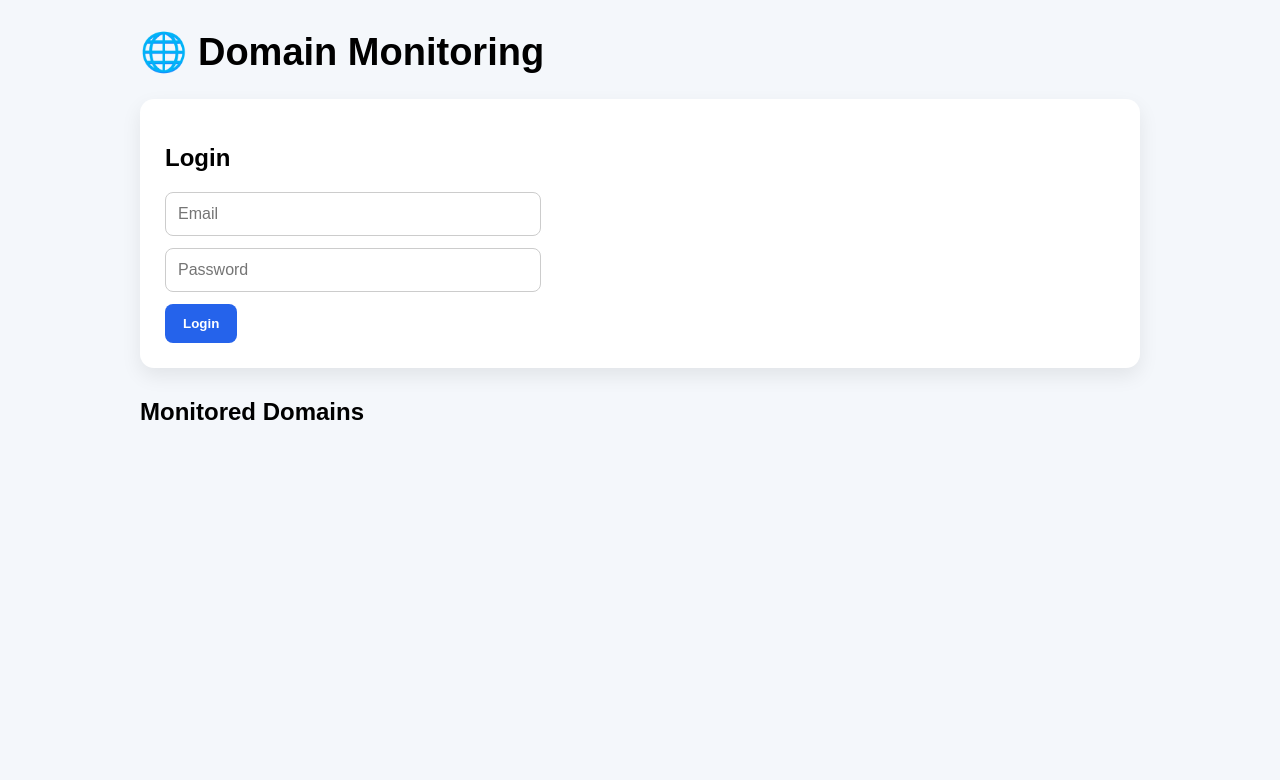
Repository: cnm1262/domain-monitoring
Page: / (app in frontend/)
These files come from the project's save history. The page is drawn as it stood at one moment and after the next save; the edit follows.
The browser window is 1280 px wide. The pictures show the whole page.
The page's requests for data from a server got no answer. The project was rebuilt for these pictures with package versions that can differ from the ones it lists, and the page was loaded fresh each time. No one was signed in, and anything a server would have sent is missing.

Above is the page before, as saved 2026-05-14 13:15:52.

After the next save:
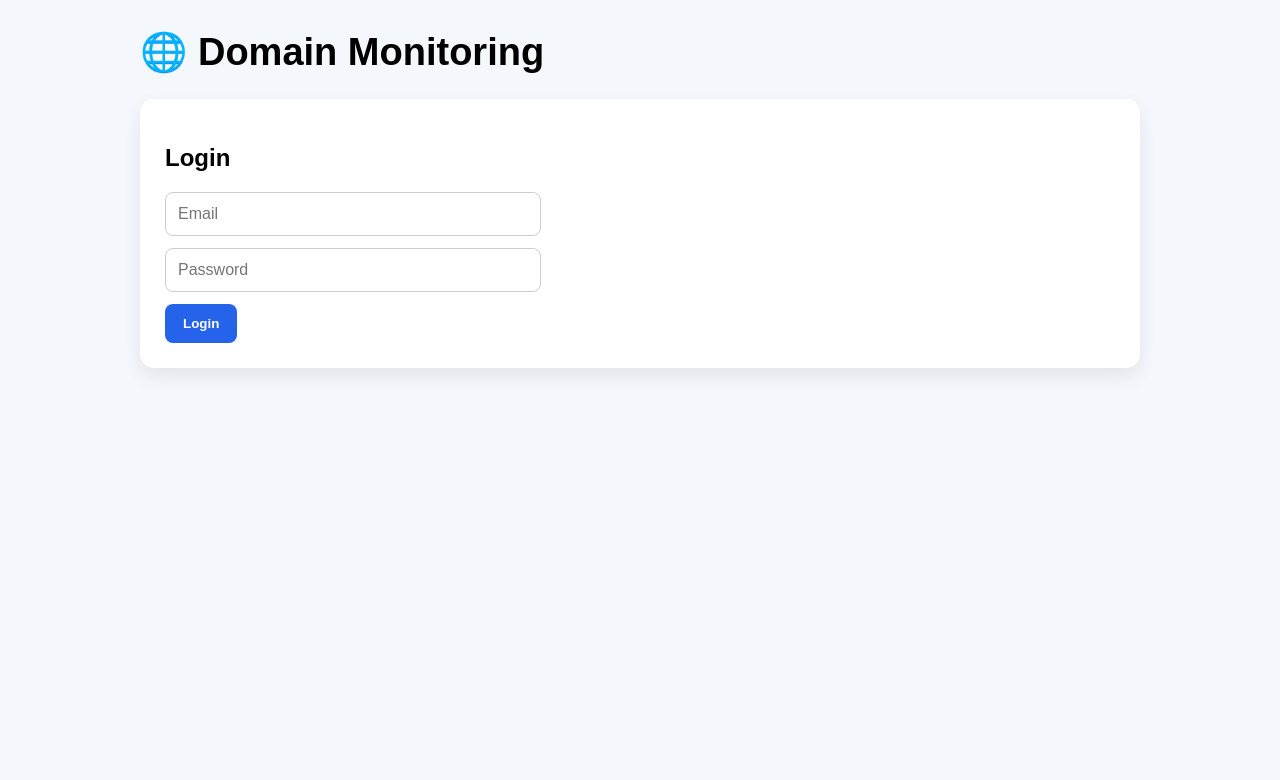
Saved 20 min 51 s later.
--- a/frontend/src/App.js
+++ b/frontend/src/App.js
@@ -140,7 +140,7 @@ function App() {
 
         {message && <p style={styles.message}>{message}</p>}
 
-        <h2 style={styles.sectionTitle}>Monitored Domains</h2>
+        <h2 style={styles.sectionTitle}> </h2>
 
         <div style={styles.grid}>
           {domains.map((d) => (
